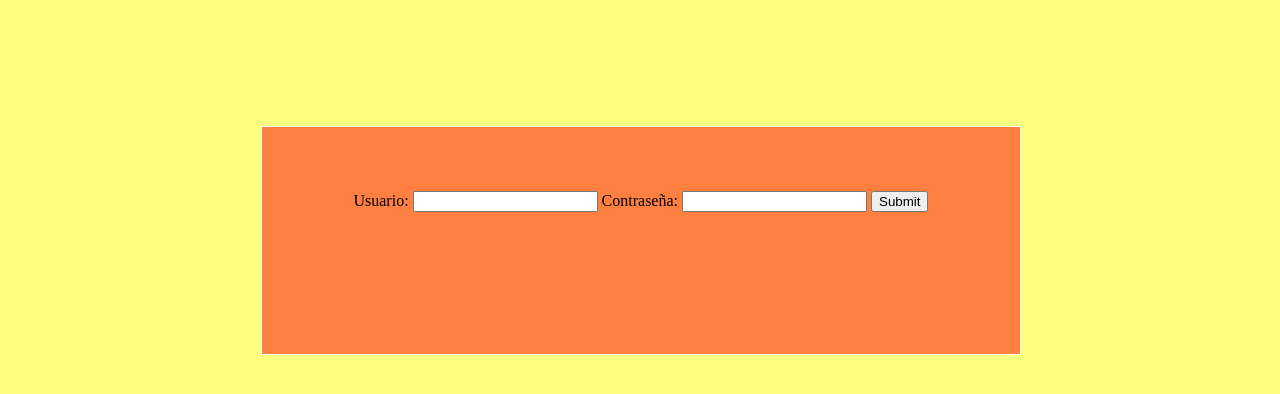
Repository: salvadorsobrino/Ejercicio5ServletJSP
Page: http://localhost/Ejercicio5/
An editor plug-in stored every save of this project. The page is shown before and after the next save, followed by the edit.
The browser window is 1280 px wide. The pictures show the whole page.
The page is served by Tomcat 9. Other server files are loaded and not shown.

Above is the page before, as saved 2022-03-11 09:33:21.

### Ejercicio5/src/main/webapp/index.html
<!DOCTYPE html>
<html>
<head>
<meta charset="UTF-8">
<link rel='stylesheet' type='text/css' media='screen' href='index.css'>
<title>Ejercicio5</title>
<link rel="icon" href="icono.png">
</head>
<body>
	<form id="formulario" action="Servlet" method="post">
	Usuario:
	<input type="text" name="usuario">
	Contraseña:
	<input type="password" name="contrasena">
	<input type="submit">

	</form>
</body>
</html>

### Ejercicio5/src/main/webapp/index.css
/* Hoja de estilo index */
h1{
	 color: orange;
}
body{
	background-color: rgb(255, 255, 128);
    background-size: cover;
}
#formulario{
	background-color: rgb(255, 128, 64);
	border-style: solid;
	border-width: thin;
	border-color: white;
	width: 50%;
	height: 100px;
	margin-top: 10%;
	margin-left: 20%;
	text-align:center;
	padding: 5%;

}
a:link {
    /* Enlaces no visitados */
    color: rgb(255, 128, 64);
}

a:visited {
    /* Enlaces visitados */
    color: rgb(255, 128, 0);
}

a:hover, a:focus {
    color: rgb(153, 72, 6);
    /* El usuario esta sobre el enlace */
}

a:active {
    color: rgb(255, 94, 0);
    /* El usuario hace click en el enlace */
}

After the next save:
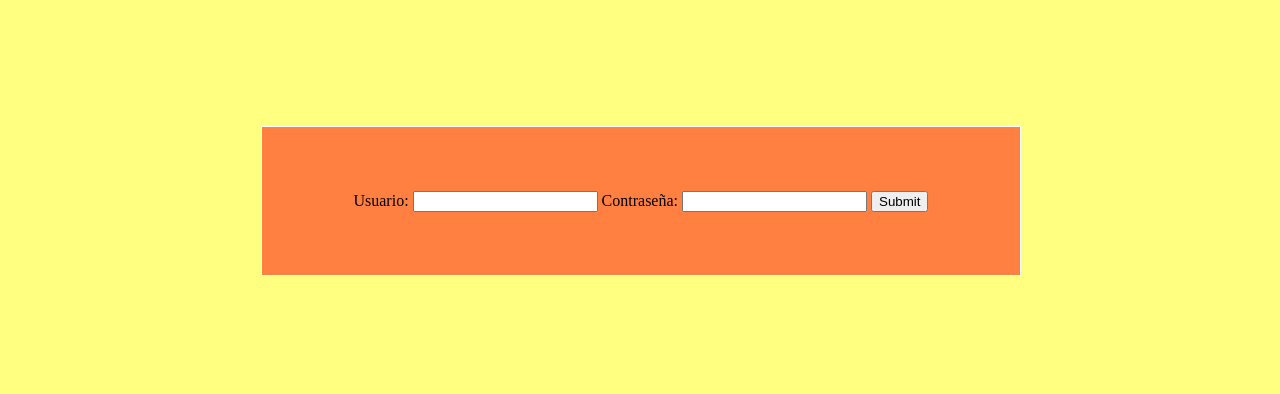
Saved 18 s later.
--- a/Ejercicio5/src/main/webapp/index.css
+++ b/Ejercicio5/src/main/webapp/index.css
@@ -12,7 +12,6 @@ body{
 	border-width: thin;
 	border-color: white;
 	width: 50%;
-	height: 100px;
 	margin-top: 10%;
 	margin-left: 20%;
 	text-align:center;
